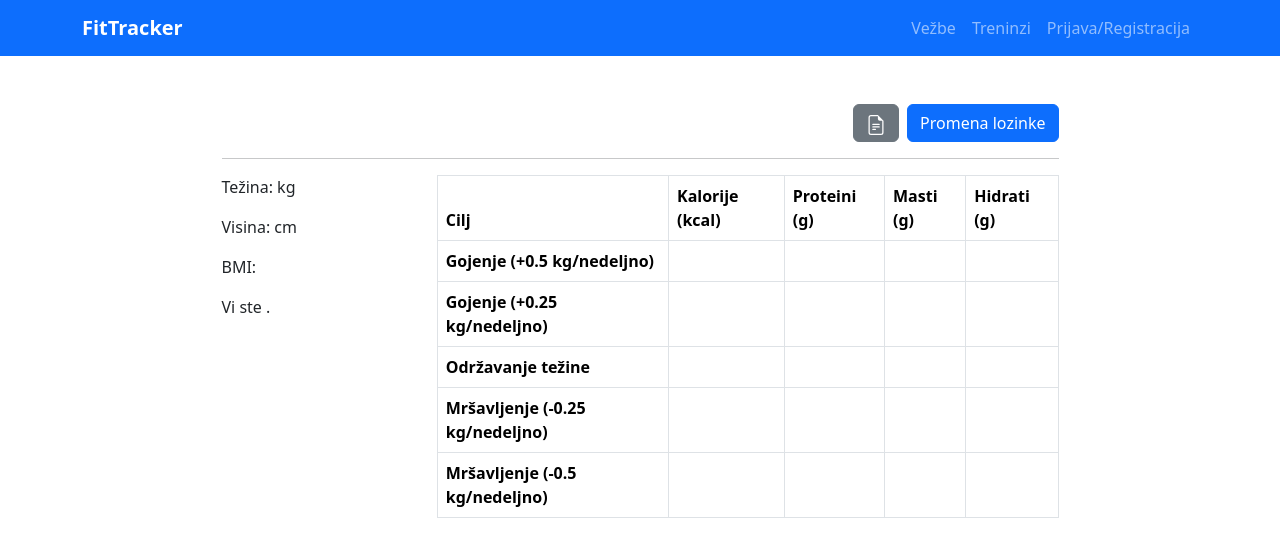
Repository: M1K1B/FitTracker
Page: http://localhost/FitTrackerWeb/profil.jsp
The author's editor kept a copy of each file at every save. The page is drawn from the files as they stood at one save, then again after the next save.
The browser window is 1280 px wide. The pictures show the whole page.
The page is served by Tomcat 9. Other server files are loaded and not shown. The template is opened directly, without the code that normally fills it, so the values that code supplies are empty.

Above is the page before, as saved 2024-02-06 14:09:25.

### FitTrackerWeb/src/main/webapp/profil.jsp
<%@ page language="java" contentType="text/html; charset=UTF-8"
	pageEncoding="UTF-8"%>
<%@ taglib prefix="c" uri="http://java.sun.com/jsp/jstl/core"%>
<%@ taglib prefix="fn" uri="http://java.sun.com/jsp/jstl/functions"%>

<!DOCTYPE html>
<html>
<head>
<meta charset="UTF-8">
<meta name="viewport"
	content="width=device-width, initial-scale=1, shrink-to-fit=no">
<!-- Bootstrap CSS - Include the CSS file or use a CDN link -->
<link
	href="https://cdn.jsdelivr.net/npm/bootstrap@5.3.2/dist/css/bootstrap.min.css"
	rel="stylesheet"
	integrity="sha384-T3c6CoIi6uLrA9TneNEoa7RxnatzjcDSCmG1MXxSR1GAsXEV/Dwwykc2MPK8M2HN"
	crossorigin="anonymous">

<style>
.card {
	text-decoration: none;
}

.card:hover {
	background-color: #fafafa;
	cursor: pointer;
}
</style>
</head>
<body>
	<%@include file="header.jsp"%>

	<div class="container mt-5">
		<div class="col-9 mx-auto">
			<div class="d-flex align-items-center">
				<div>
					<h3 class="h3">${ korisnik.ime }${ korisnik.prezime }</h3>
					<p>${ korisnik.email }</p>
				</div>
				<div class="flex-grow-1"></div>
				<a class="btn btn-secondary">
					<svg xmlns="http://www.w3.org/2000/svg" width="20" height="20" fill="currentColor" class="bi bi-file-earmark-text" viewBox="0 0 16 16">
					  <path d="M5.5 7a.5.5 0 0 0 0 1h5a.5.5 0 0 0 0-1zM5 9.5a.5.5 0 0 1 .5-.5h5a.5.5 0 0 1 0 1h-5a.5.5 0 0 1-.5-.5m0 2a.5.5 0 0 1 .5-.5h2a.5.5 0 0 1 0 1h-2a.5.5 0 0 1-.5-.5"/>
					  <path d="M9.5 0H4a2 2 0 0 0-2 2v12a2 2 0 0 0 2 2h8a2 2 0 0 0 2-2V4.5zm0 1v2A1.5 1.5 0 0 0 11 4.5h2V14a1 1 0 0 1-1 1H4a1 1 0 0 1-1-1V2a1 1 0 0 1 1-1z"/>
					</svg>
				</a>
				<a class="btn btn-primary ms-2">Promena lozinke</a>
			</div>
			<hr>
			<div class="row">
				<div class="col-3">
					<p>Težina: ${ korisnik.tezina } kg</p>
					<p>Visina: ${ korisnik.visina } cm</p>
					<p>BMI: ${ korisnik.bmi }</p>
					<p>
						Vi ste <span class="text-decoration-underline">${ korisnik.status }</span>.
					</p>
				</div>
				<div class="col-9">

					<table class="table table-bordered">
						<thead>
							<tr>
								<th scope="col">Cilj</th>
								<th scope="col">Kalorije (kcal)</th>
								<th scope="col">Proteini (g)</th>
								<th scope="col">Masti (g)</th>
								<th scope="col">Hidrati (g)</th>
							</tr>
						</thead>
						<tbody>
							<tr>
								<th scope="row">Gojenje (+0.5 kg/nedeljno)</th>
								<td>${ korisnik.macros[0][0] }</td>
								<td>${ korisnik.macros[0][1] }</td>
								<td>${ korisnik.macros[0][2] }</td>
								<td>${ korisnik.macros[0][3] }</td>
							</tr>
							<tr>
								<th scope="row">Gojenje (+0.25 kg/nedeljno)</th>
								<td>${ korisnik.macros[1][0] }</td>
								<td>${ korisnik.macros[1][1] }</td>
								<td>${ korisnik.macros[1][2] }</td>
								<td>${ korisnik.macros[1][3] }</td>
							</tr>
							<tr>
								<th scope="row">Održavanje težine</th>
								<td>${ korisnik.macros[2][0] }</td>
								<td>${ korisnik.macros[2][1] }</td>
								<td>${ korisnik.macros[2][2] }</td>
								<td>${ korisnik.macros[2][3] }</td>
							</tr>
							<tr>
								<th scope="row">Mršavljenje (-0.25 kg/nedeljno)</th>
								<td>${ korisnik.macros[3][0] }</td>
								<td>${ korisnik.macros[3][1] }</td>
								<td>${ korisnik.macros[3][2] }</td>
								<td>${ korisnik.macros[3][3] }</td>
							</tr>
							<tr>
								<th scope="row">Mršavljenje (-0.5 kg/nedeljno)</th>
								<td>${ korisnik.macros[4][0] }</td>
								<td>${ korisnik.macros[4][1] }</td>
								<td>${ korisnik.macros[4][2] }</td>
								<td>${ korisnik.macros[4][3] }</td>
							</tr>
						</tbody>
					</table>
				</div>
			</div>

		</div>
	</div>

	<!-- Your Content Goes Here -->
	<script
		src="https://cdn.jsdelivr.net/npm/bootstrap@5.3.2/dist/js/bootstrap.bundle.min.js"
		integrity="sha384-C6RzsynM9kWDrMNeT87bh95OGNyZPhcTNXj1NW7RuBCsyN/o0jlpcV8Qyq46cDfL"
		crossorigin="anonymous"></script>
</body>
</html>

### FitTrackerWeb/src/main/webapp/header.jsp
<%@ page language="java" contentType="text/html; charset=UTF-8"
	pageEncoding="UTF-8"%>
<!DOCTYPE html>
<html>
<head>
<meta charset="UTF-8">
<meta name="viewport"
	content="width=device-width, initial-scale=1, shrink-to-fit=no">
<!-- Bootstrap CSS - Include the CSS file or use a CDN link -->
<link
	href="https://cdn.jsdelivr.net/npm/bootstrap@5.3.2/dist/css/bootstrap.min.css"
	rel="stylesheet"
	integrity="sha384-T3c6CoIi6uLrA9TneNEoa7RxnatzjcDSCmG1MXxSR1GAsXEV/Dwwykc2MPK8M2HN"
	crossorigin="anonymous">
</head>
<body>

	<!-- Bootstrap Navbar -->
	<nav class="navbar navbar-dark navbar-expand-lg bg-primary">
		<div class="container">
			<a class="navbar-brand" href="/FitTracker/vezbe/sveVezbe"><strong>FitTracker</strong></a>
			<button class="navbar-toggler" type="button"
				data-bs-toggle="collapse" data-bs-target="#navbarSupportedContent"
				aria-controls="navbarSupportedContent" aria-expanded="false"
				aria-label="Toggle navigation">
				<span class="navbar-toggler-icon"></span>
			</button>
			<div class="collapse navbar-collapse" id="navbarSupportedContent">
				<ul class="navbar-nav ms-auto mb-2 mb-lg-0">
					<li class="nav-item"><a class="nav-link"
						aria-current="page" href="/FitTracker/vezbe/sveVezbe">Vežbe</a></li>
					<li class="nav-item"><a class="nav-link"
						href="/FitTracker/treninzi/sviTreninzi">Treninzi</a></li>
					<c:if test="${pageContext.request.userPrincipal.name == null}">
					<li class="nav-item"><a class="nav-link"
						href="/FitTracker/login">Prijava/Registracija</a></li>

					</c:if>
					<c:if test="${pageContext.request.userPrincipal.name != null}">
						<li class="nav-item dropdown">
					<a
						class="nav-link dropdown-toggle" href="#" role="button"
						data-bs-toggle="dropdown" aria-expanded="false">

						${ pageContext.request.userPrincipal.name }
					</a>
						<ul class="dropdown-menu">
							<li><a class="dropdown-item"
								href="/FitTracker/profil">Moj profil</a></li>
							<li><hr class="dropdown-divider"></li>
							<li><a class="dropdown-item text-danger"
								href="/FitTracker/logout">Izlogujte se</a></li>
						</ul></li>
					</c:if>

			</div>
		</div>
	</nav>

	<!-- Your Content Goes Here -->
	<!-- <script src="https://cdn.jsdelivr.net/npm/bootstrap@5.3.2/dist/js/bootstrap.bundle.min.js" integrity="sha384-C6RzsynM9kWDrMNeT87bh95OGNyZPhcTNXj1NW7RuBCsyN/o0jlpcV8Qyq46cDfL" crossorigin="anonymous"></script> -->
</body>
</html>

After the next save:
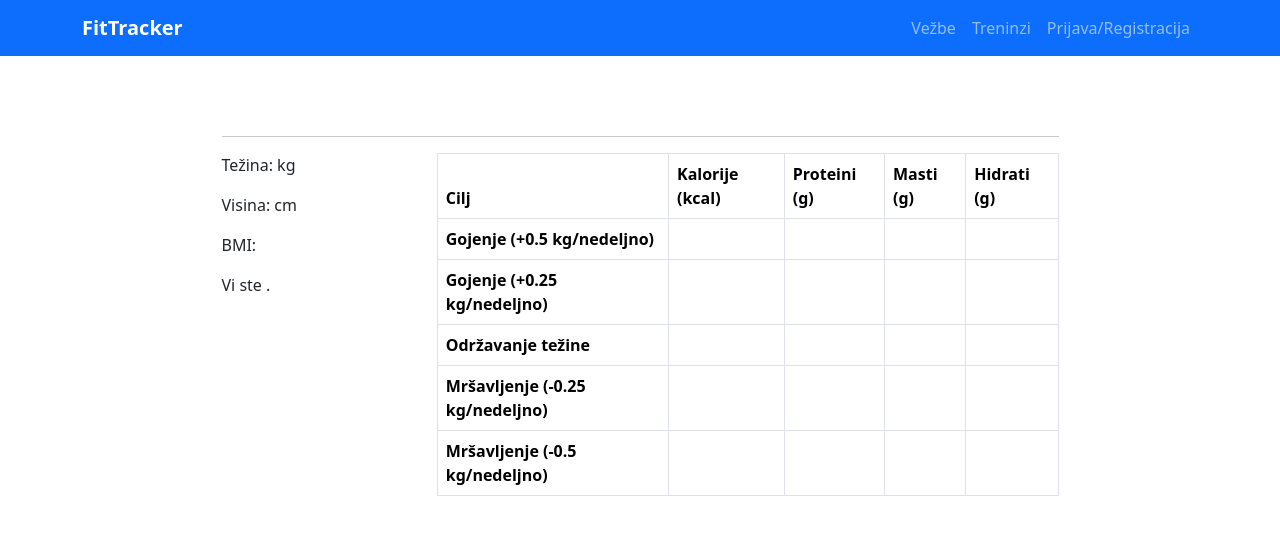
Saved 2 h 33 min later.
--- a/FitTrackerWeb/src/main/webapp/profil.jsp
+++ b/FitTrackerWeb/src/main/webapp/profil.jsp
@@ -37,14 +37,14 @@
 					<h3 class="h3">${ korisnik.ime }${ korisnik.prezime }</h3>
 					<p>${ korisnik.email }</p>
 				</div>
-				<div class="flex-grow-1"></div>
+				<!-- <div class="flex-grow-1"></div>
 				<a class="btn btn-secondary">
 					<svg xmlns="http://www.w3.org/2000/svg" width="20" height="20" fill="currentColor" class="bi bi-file-earmark-text" viewBox="0 0 16 16">
 					  <path d="M5.5 7a.5.5 0 0 0 0 1h5a.5.5 0 0 0 0-1zM5 9.5a.5.5 0 0 1 .5-.5h5a.5.5 0 0 1 0 1h-5a.5.5 0 0 1-.5-.5m0 2a.5.5 0 0 1 .5-.5h2a.5.5 0 0 1 0 1h-2a.5.5 0 0 1-.5-.5"/>
 					  <path d="M9.5 0H4a2 2 0 0 0-2 2v12a2 2 0 0 0 2 2h8a2 2 0 0 0 2-2V4.5zm0 1v2A1.5 1.5 0 0 0 11 4.5h2V14a1 1 0 0 1-1 1H4a1 1 0 0 1-1-1V2a1 1 0 0 1 1-1z"/>
 					</svg>
 				</a>
-				<a class="btn btn-primary ms-2">Promena lozinke</a>
+				<a class="btn btn-primary ms-2">Promena lozinke</a> -->
 			</div>
 			<hr>
 			<div class="row">
